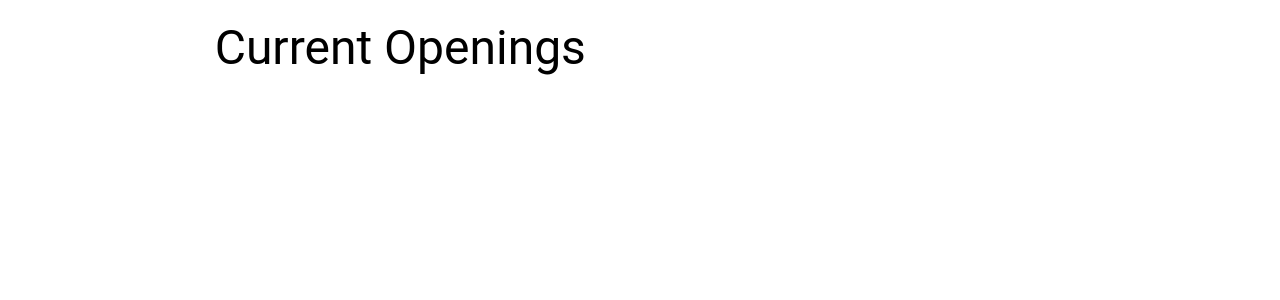
Repository: samihankuttan/technorix
Page: / (app in interview-test/)
An editor plug-in stored every save of this project. The page is shown before and after the next save, followed by the edit.
The browser window is 1280 px wide. The pictures show the whole page.
The project was rebuilt for these pictures with package versions that can differ from the ones it lists, and the page was loaded fresh each time.

Above is the page before, as saved 2022-07-20 22:38:35.

### interview-test/src/App.js
import './App.css';
import {Box,Grid,Typography} from '@mui/material';

function App() {
  return (
    <>
      <Box sx={{ flexGrow: 1 }}>
        <Grid container spacing={1}>
          <Grid item xs={12} sm={12} md={2} lg={2}></Grid>
          <Grid item xs={12} sm={12} md={8} lg={8}>
            <div style={{height:20}}>&nbsp;</div>
            <Grid container spacing={1}>
              <Grid item xs={12} sm={12} md={12} lg={12}>
                <Typography variant="h3" gutterBottom component="div">
                  Current Openings
                </Typography>
              </Grid>
            </Grid>


          </Grid>
          <Grid item xs={12} sm={12} md={2} lg={2}></Grid>
        </Grid>
      </Box>
    </>
  );
}

export default App;

### interview-test/src/App.css
.title1{
  letter-spacing: 1;
  font-weight: bold !important;
}

Loaded but not shown: interview-test/public/index.html (common file); interview-test/src/index.js (common file); interview-test/src/index.css (common file); interview-test/src/reportWebVitals.js (common file)

After the next save:
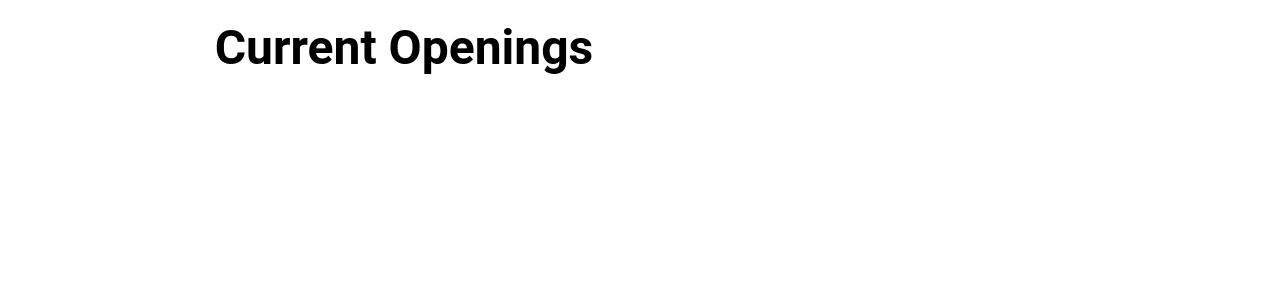
Saved 16 s later.
--- a/interview-test/src/App.js
+++ b/interview-test/src/App.js
@@ -11,7 +11,7 @@ function App() {
             <div style={{height:20}}>&nbsp;</div>
             <Grid container spacing={1}>
               <Grid item xs={12} sm={12} md={12} lg={12}>
-                <Typography variant="h3" gutterBottom component="div">
+                <Typography variant="h3" gutterBottom component="div" className='title1'>
                   Current Openings
                 </Typography>
               </Grid>
